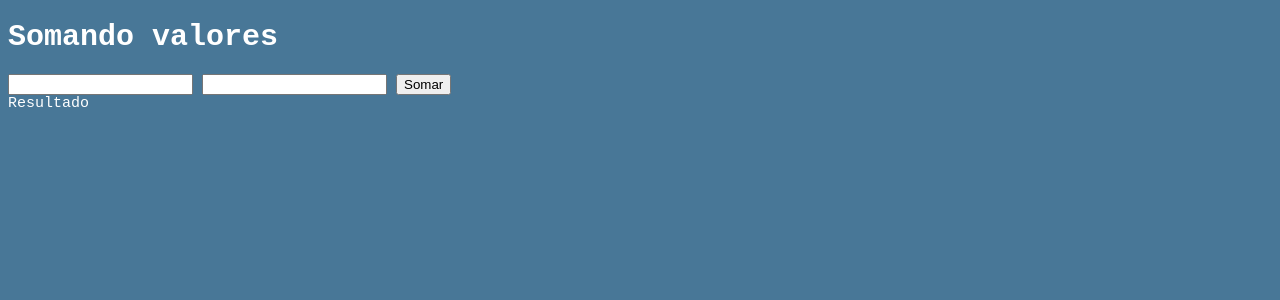
Repository: Iamjordana/Curso-JavaScript
Page: ex007/index.html
An editor plug-in stored every save of this project. The page is shown before and after a run of saves, followed by the edit.
The browser window is 1280 px wide. The pictures show the whole page.

Above is the page before, as saved 2025-02-17 13:42:28.

### ex007/index.html
<!DOCTYPE html>
<html lang="pt-br">
<head>
    <meta charset="UTF-8">
    <meta name="viewport" content="width=device-width, initial-scale=1.0">
    <title>Somando Números</title>
    <style>
        body{
            font-family: 'Courier New', Courier, monospace;
            font-size: 15px;
            color: white;
            background-color: rgb(72, 119, 151);
        }
    </style>
</head>
<body>
    <h1>Somando valores</h1>
    <input type="number" name="txtn1" id="txtn1">
    <input type="number" name="txtn2" id="txtn2">
    <input type="button" value="Somar" onclick="somar()">
    <div id="res">Resultado</div>
    <script>
        function somar(){
            var tn1 = window.document.getElementById('txtn1')
            var tn2 = window.document.querySelector('input#txtn2')
            var res = window.document.getElementById('res')
            var n1 = Number(tn1.value)
            var n2 = Number(tn2.value)
            var s = n1 + n2
            res.innerHTML = `A soma entre ${n1} e ${n2} é igual a <strong>${s}</strong>`
        }

    </script>
</body>
</html>

After the next 2 saves:
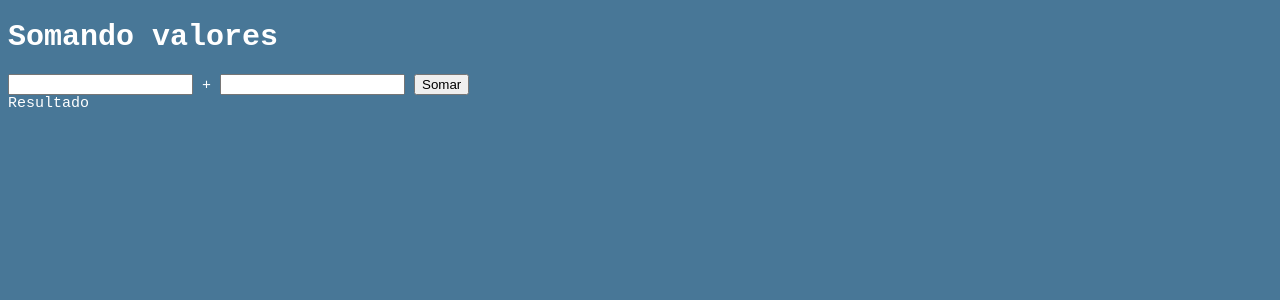
The 2 saves are shown as one change because they came seconds apart.
The last was saved 79 s later.
--- a/ex007/index.html
+++ b/ex007/index.html
@@ -15,7 +15,7 @@
 </head>
 <body>
     <h1>Somando valores</h1>
-    <input type="number" name="txtn1" id="txtn1">
+    <input type="number" name="txtn1" id="txtn1"> +
     <input type="number" name="txtn2" id="txtn2">
     <input type="button" value="Somar" onclick="somar()">
     <div id="res">Resultado</div>
